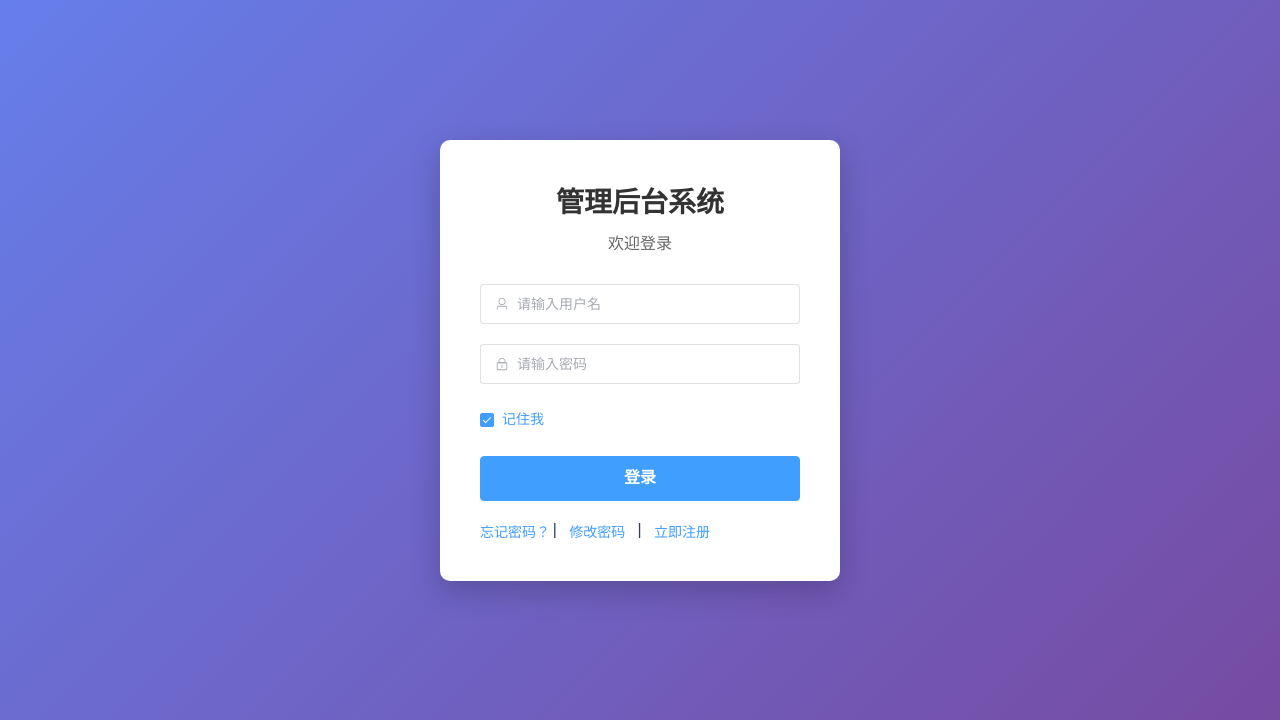
Repository: HaoFan-Fy/vue-PracticalTraining2025.6
Page: /
An editor plug-in stored every save of this project. The page is shown before and after the next save, followed by the edit.
The browser window is 1280 px wide. The pictures show the whole page.
The project was rebuilt for these pictures with package versions that can differ from the ones it lists, and the page was loaded fresh each time. Also part of the build but not shown: vite.config.js, src/components/MenuTree.vue, src/components/Aside.vue, src/components/Header.vue, src/components/Layout.vue, src/mixins/permission.js, src/views/Home.vue, src/views/Register.vue and 2 more.

Above is the page before, as saved 2025-06-11 15:15:55.

After the next save:
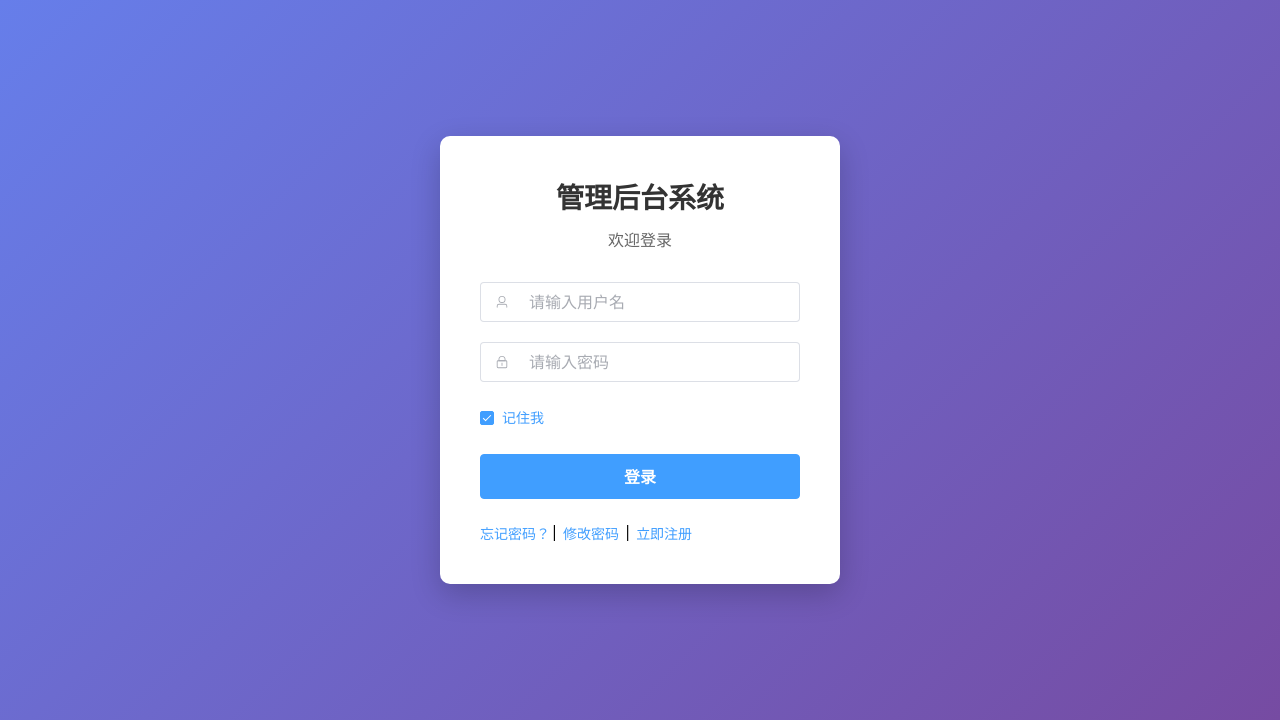
Saved 18 s later.
--- a/src/main.js
+++ b/src/main.js
@@ -1,4 +1,4 @@
-import './assets/base.css'
+import './css/style.css'
 
 import { createApp } from 'vue'
 import { createPinia } from 'pinia'
